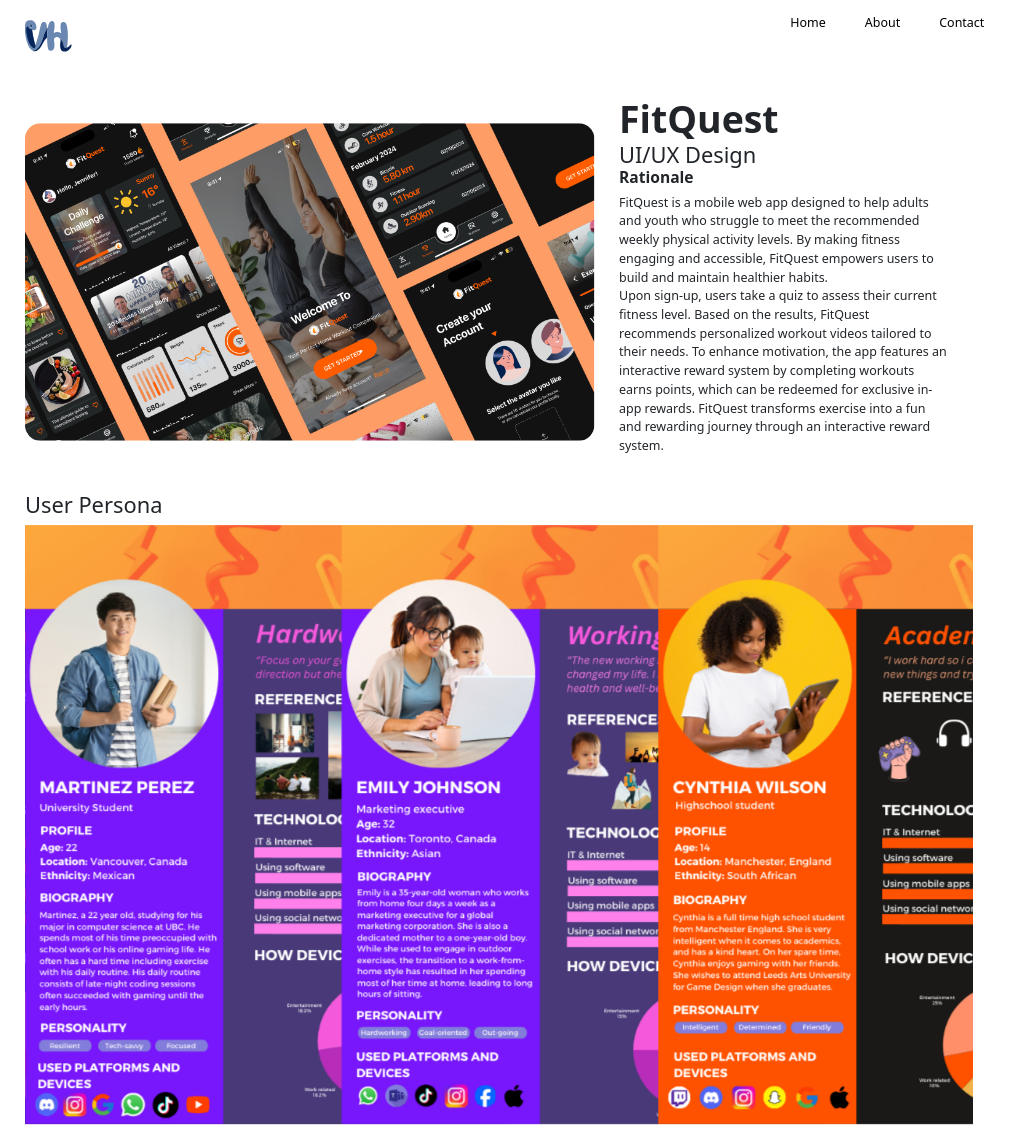
Repository: Vanessahyc/vanessa-portfolio
Page: /fitquest
These files come from the project's save history. The page is drawn as it stood at one moment and after the next save; the edit follows.
The browser window is 1280 px wide. The page is 1312 px wide, so the pictures cover 1312 px, including what lies to the right of the window. The pictures show the whole page, at 78% of full size.
The project was rebuilt for these pictures with package versions that can differ from the ones it lists, and the page was loaded fresh each time. The framework's server and built-in components were replaced by stand-ins that run in the browser. Also part of the build but not shown: next.config.mjs.

Above is the page before, as saved 2025-02-07 17:35:35.

### src/app/layout.js
import { Geist, Geist_Mono } from "next/font/google";
import "./globals.css";
import 'bootstrap/dist/css/bootstrap.min.css'

const geistSans = Geist({
  variable: "--font-geist-sans",
  subsets: ["latin"],
});

const geistMono = Geist_Mono({
  variable: "--font-geist-mono",
  subsets: ["latin"],
});

export const metadata = {
  title: "Create Next App",
  description: "Generated by create next app",
};

export default function RootLayout({ children }) {
  return (
    <html lang="en">
      <body
        className={`${geistSans.variable} ${geistMono.variable} antialiased`}
      >
        {children}
      </body>
    </html>
  );
}

### src/app/fitquest/page.js
"use client";
import Header from "../../../components/Header";
import styles from "@/app/fitquest/Fitquest.module.css";
import Image from "next/image";
import dynamic from "next/dynamic";
import "slick-carousel/slick/slick.css";
import "slick-carousel/slick/slick-theme.css";
import { useState } from "react";

export default function Fitquest() {
    const Slider = dynamic(() => import('react-slick'), {ssr: false});
    const settings = {dots: true, infinite: true, speed: 500, slidesToShow: 3, slidesToScroll: 1, autoplay: true, autoplaySpeed: 3000};
    const images = ['/images/2.png', '/images/3.png', '/images/4.png']


    return(
        <>
            <Header/>
            <main className={styles.mainContainer}>
                <section className={`${styles.projectSection}`}>
                    <Image
                        src='/images/fitquest.png'
                        alt="Guava Can Design"
                        className={`${styles.mockup}`}
                        width={500}
                        height={400}
                    />
                    <div className={styles.projectInfo}>
                        <h2>FitQuest</h2>
                        <h3>UI/UX Design</h3>
                        <h4>Rationale</h4>
                        <p>
                        FitQuest is a mobile web app designed to help adults and youth who struggle to meet the recommended weekly physical activity levels. By making fitness engaging and accessible, FitQuest empowers users to build and maintain healthier habits.<br/>Upon sign-up, users take a quiz to assess their current fitness level. Based on the results, FitQuest recommends personalized workout videos tailored to their needs. To enhance motivation, the app features an interactive reward system by completing workouts earns points, which can be redeemed for exclusive in-app rewards. FitQuest transforms exercise into a fun and rewarding journey through an interactive reward system.
                        </p>
                    </div>
                </section>
                <section className={styles.personaContainer}>
                    <h3>User Persona</h3>
                    <div className='w-full overflow-hidden'>
                        <Slider {...settings}>
                            {images.map((src, index)=> (
                                <div key={index} className="cursor-pointer">
                                    <img src={src} alt={`slide ${index+1}`} className="w-auto h-auto"></img>
                                </div>
                            ))}
                        </Slider>
                        {/* <Image
                            src='/images/2.png'
                            alt="youth persona"
                            className={`${styles.persona}`}
                            width={500}
                            height={400}
                        />
                        <Image
                            src='/images/3.png'
                            alt="young adult persona"
                            className={`${styles.persona}`}
                            width={500}
                            height={400}
                        />
                        <Image
                            src='/images/4.png'
                            alt='working mom persona'
                            className={`${styles.persona}`}
                            width={500}
                            height={400}
                        /> */}
                    </div>
                </section>
            </main>
        </>
    );
}

### src/app/globals.css
:root {
  --background: #ffffff;
  --foreground: #171717;
  --font48px: 48px;
  --font32px: 32px;
  --font28px: 28px;
  --font20px: 20px;
  --font18px: 18px;
  --font16px: 16px;
  --font-bold: 700;
  --font-medium: 500;
  --font-regular: 400;

}

body {
  font-family: Montserrat, sans-serif;
}

### components/Header/index.js
import Image from "next/image";
import Link from 'next/link';
import styles from './Header.module.css'

export default function Header() {
  return (
    <nav className={`${styles.navbar}`}>
      <Image src='/images/Logo.svg' alt="Vanessa Huang Logo" width={60} height={60}/>
      <ul>
        <li><Link href="/">Home</Link></li>
        <li><Link href="/about">About</Link></li>
        <li><Link href="/contact">Contact</Link></li>
      </ul>
    </nav>
  );
}

### src/app/fitquest/Fitquest.module.css
.mainContainer {
    margin: 1em 2em;
}

.projectSection {
    display: flex;
    align-items: center;
}

.projectSection img {
    width: 60%;
    height: 100%;
    border-radius: 20px;
}

.projectInfo {
    width: 40%;
    padding: 2em;
}

.projectInfo h2 {
    font-size: var(--font48px);
    font-weight: var(--font-bold);
    margin: 0;
}

.projectInfo h3 {
    font-size: var(--font28px);
    font-weight: var(--font-regular);
    margin: 0;
}

.projectInfo h4 {
    font-size: var(--font20px);
    font-weight: var(--font-bold);
}

.projectInfo p {
    font-size: var(--font16px);
    font-weight: var(--font-regular);
}

.persona {
    border-radius: 20px;
}

### components/Header/Header.module.css
.navbar {
    display: flex;
    justify-content: space-between;
    width: 100%;
    margin: 1em 2em;
}

.navbar ul {
    width: 30%;
    list-style: none;
    display: flex;
    justify-content: flex-end;
}

.navbar li {
    padding-right: 50px;
}

.navbar a {
    text-decoration: none;
    color: black;
    font-weight: var(--font-medium);
}

After the next save:
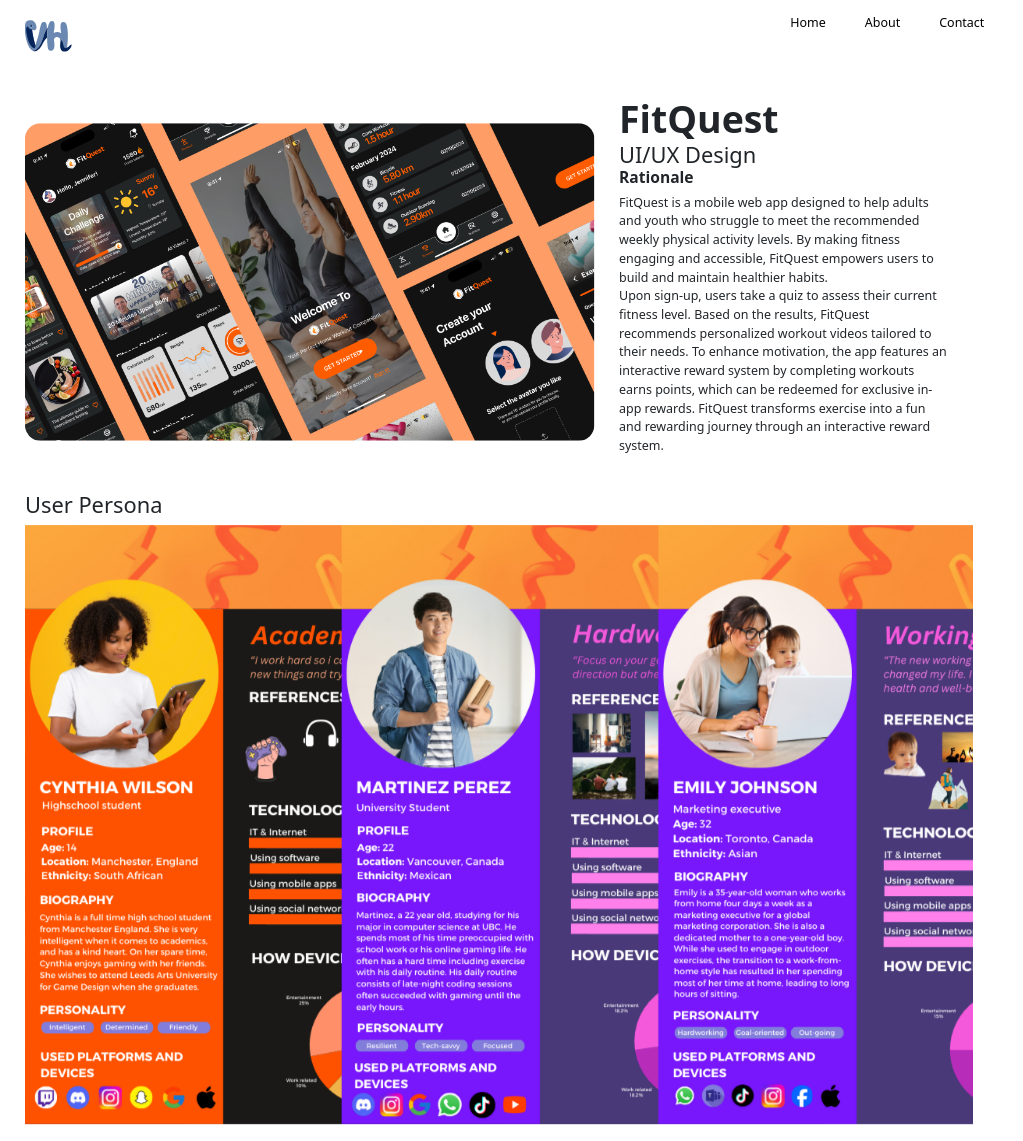
Saved 8 s later.
--- a/src/app/fitquest/page.js
+++ b/src/app/fitquest/page.js
@@ -9,7 +9,7 @@
 
 export default function Fitquest() {
     const Slider = dynamic(() => import('react-slick'), {ssr: false});
-    const settings = {dots: true, infinite: true, speed: 500, slidesToShow: 3, slidesToScroll: 1, autoplay: true, autoplaySpeed: 3000};
+    const settings = {dots: true, infinite: true, speed: 500, slidesToShow: 3, slidesToScroll: 1, autoplay: false, autoplaySpeed: 3000};
     const images = ['/images/2.png', '/images/3.png', '/images/4.png']
 
 
